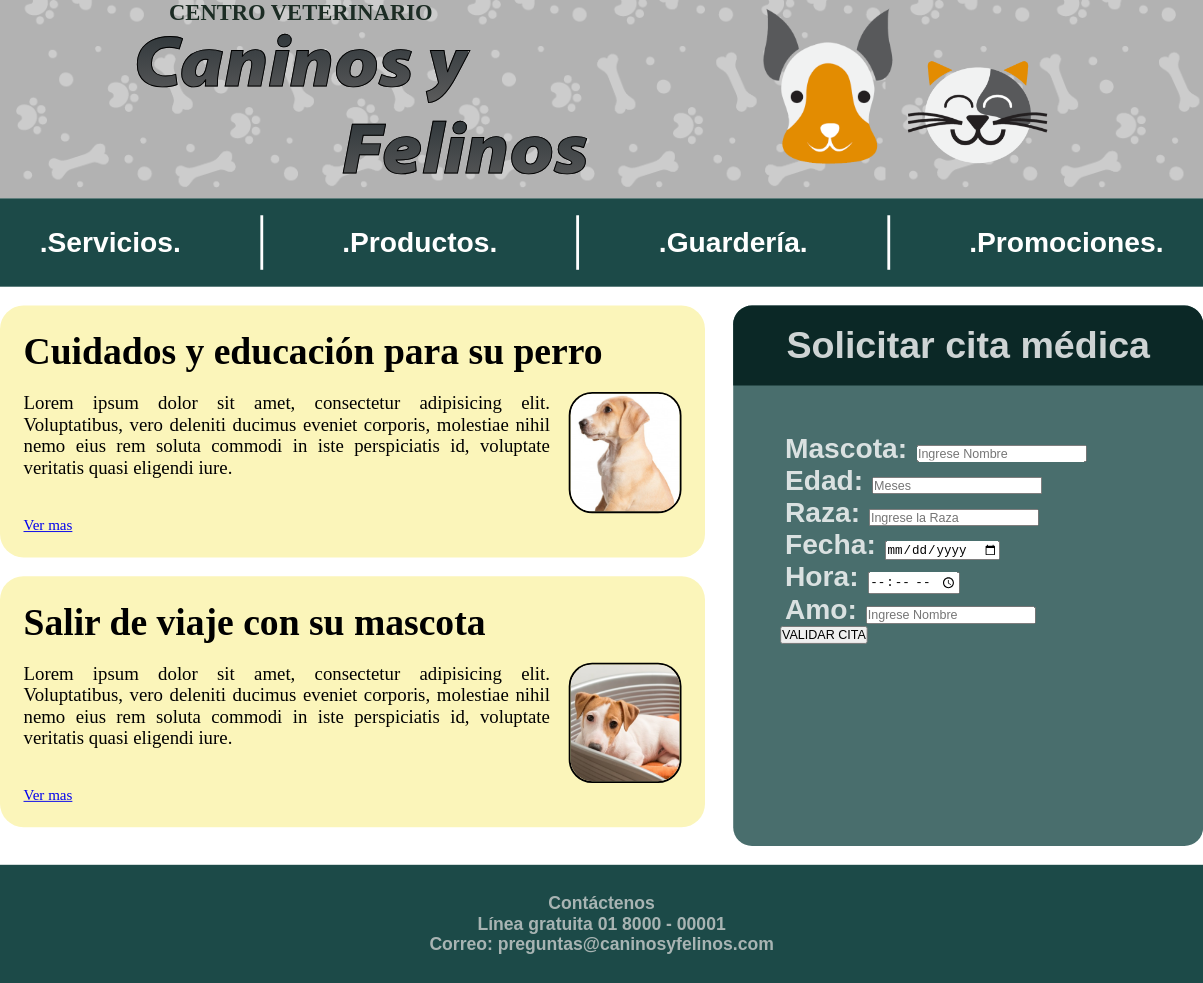
Repository: mariomr87/senaweb01
Page: principal.html
The author's editor kept a copy of each file at every save. The page is drawn from the files as they stood at one save, then again after the next save.
The browser window is 1280 px wide. The pictures show the whole page, at 94% of full size.

Above is the page before, as saved 2021-10-23 13:35:34.

After the next save:
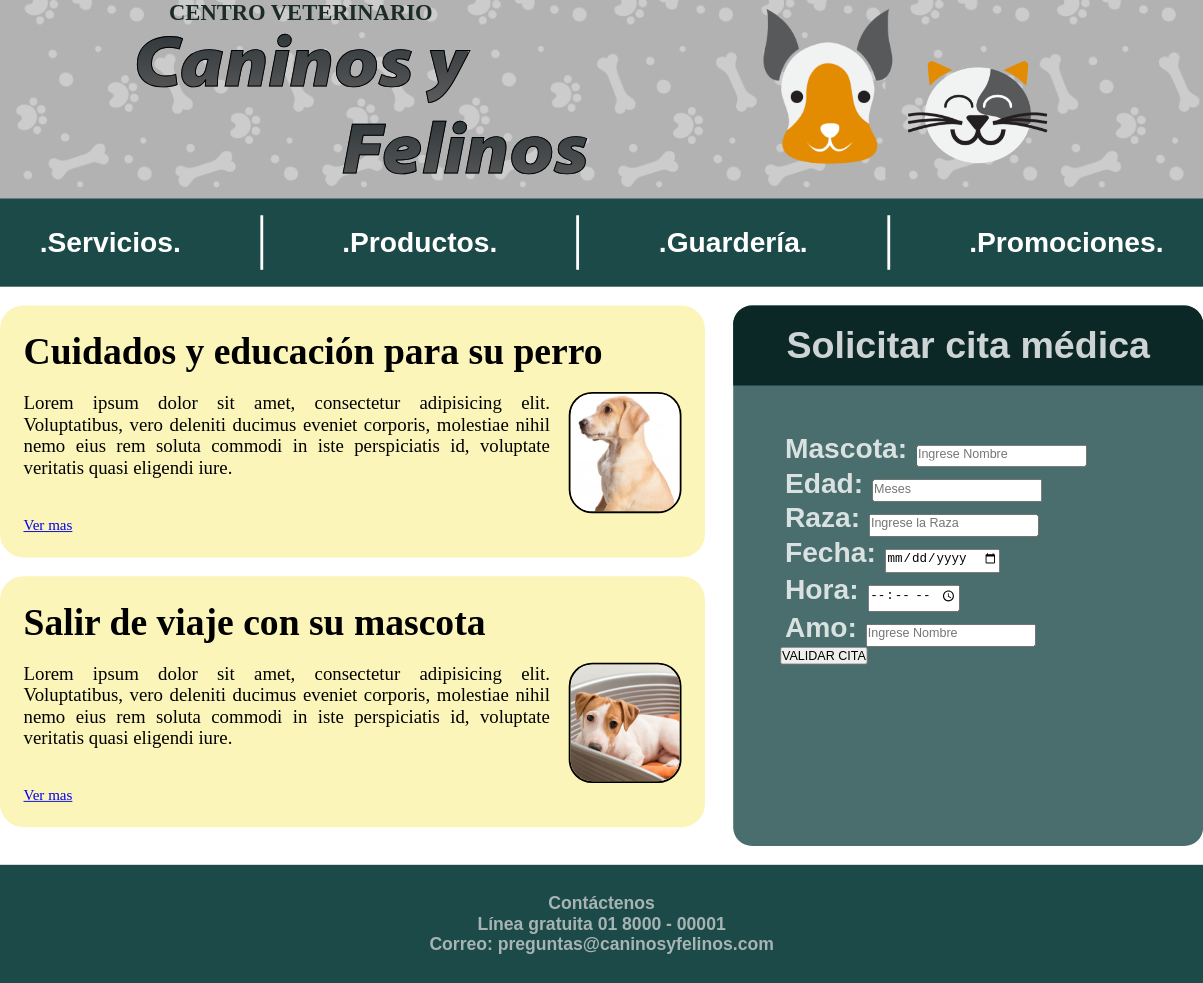
Saved 11 s later.
--- a/estilos.css
+++ b/estilos.css
@@ -135,7 +135,7 @@ form label{
     padding: 10%;
 }
 
-.cuestionario label{
+.cuestionario label,input{
     padding-bottom: 5px;
 }
 
